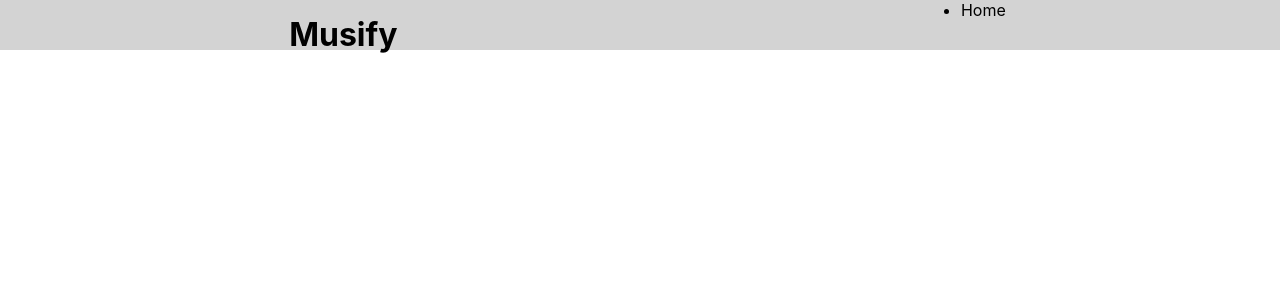
Repository: yuqiant/musify
Page: /home (app in musify/)
The author's editor kept a copy of each file at every save. The page is drawn from the files as they stood at one save, then again after the next save.
The browser window is 1280 px wide. The pictures show the whole page.
The project was rebuilt for these pictures with package versions that can differ from the ones it lists, and the page was loaded fresh each time. Also part of the build but not shown: musify/src/App.css, musify/src/home/index.js.

Above is the page before, as saved 2023-11-30 00:49:47.

After the next save:
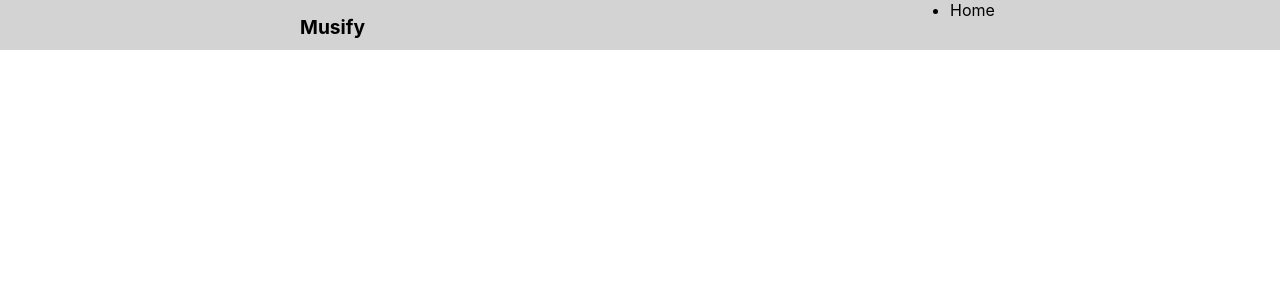
Saved 8 s later.
--- a/musify/src/navbar/index.css
+++ b/musify/src/navbar/index.css
@@ -70,5 +70,5 @@
     font-weight: bold;
     text-align: left;
     padding: 15px 15px;
-    font-size: 2em;
+    font-size: 1.2em;
 }
